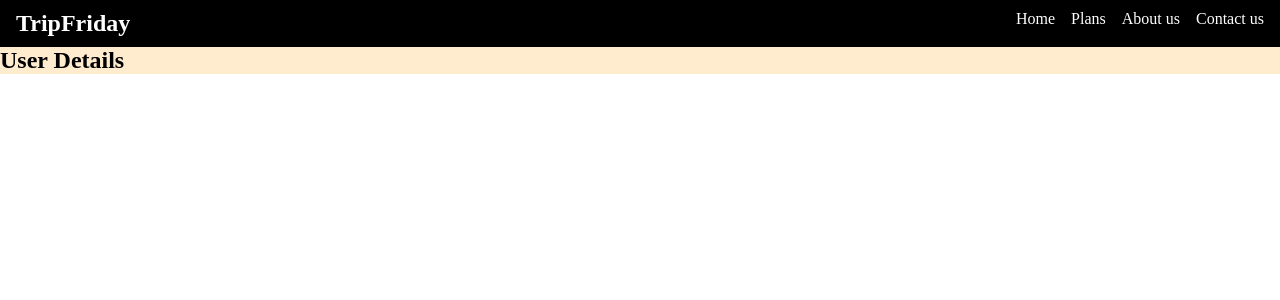
Repository: suraj-yadav7/userprofile
Page: /
These files come from the project's save history. The page is drawn as it stood at one moment and after the next save; the edit follows.
The browser window is 1280 px wide. The pictures show the whole page.
The page's requests for data from a server got no answer. The project was rebuilt for these pictures with package versions that can differ from the ones it lists, and the page was loaded fresh each time. No one was signed in, and anything a server would have sent is missing. Also part of the build but not shown: src/assests/userDetails.scss, src/components/UserDetails.jsx.

Above is the page before, as saved 2023-05-04 15:07:47.

After the next save:
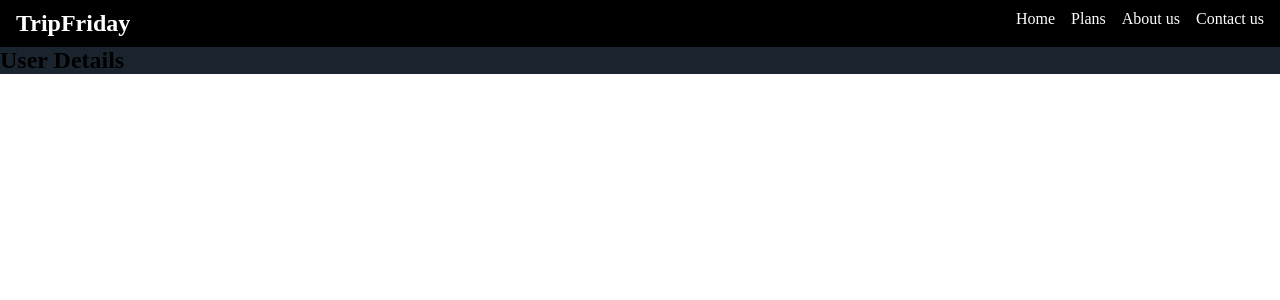
Saved 13 s later.
--- a/src/assests/userProfile.scss
+++ b/src/assests/userProfile.scss
@@ -1,7 +1,7 @@
 @import "./color.scss";
 
 .userprofile{
-background-color: blanchedalmond;
+background-color: $secondary-color;
 }
 .main{
     display: flex;
